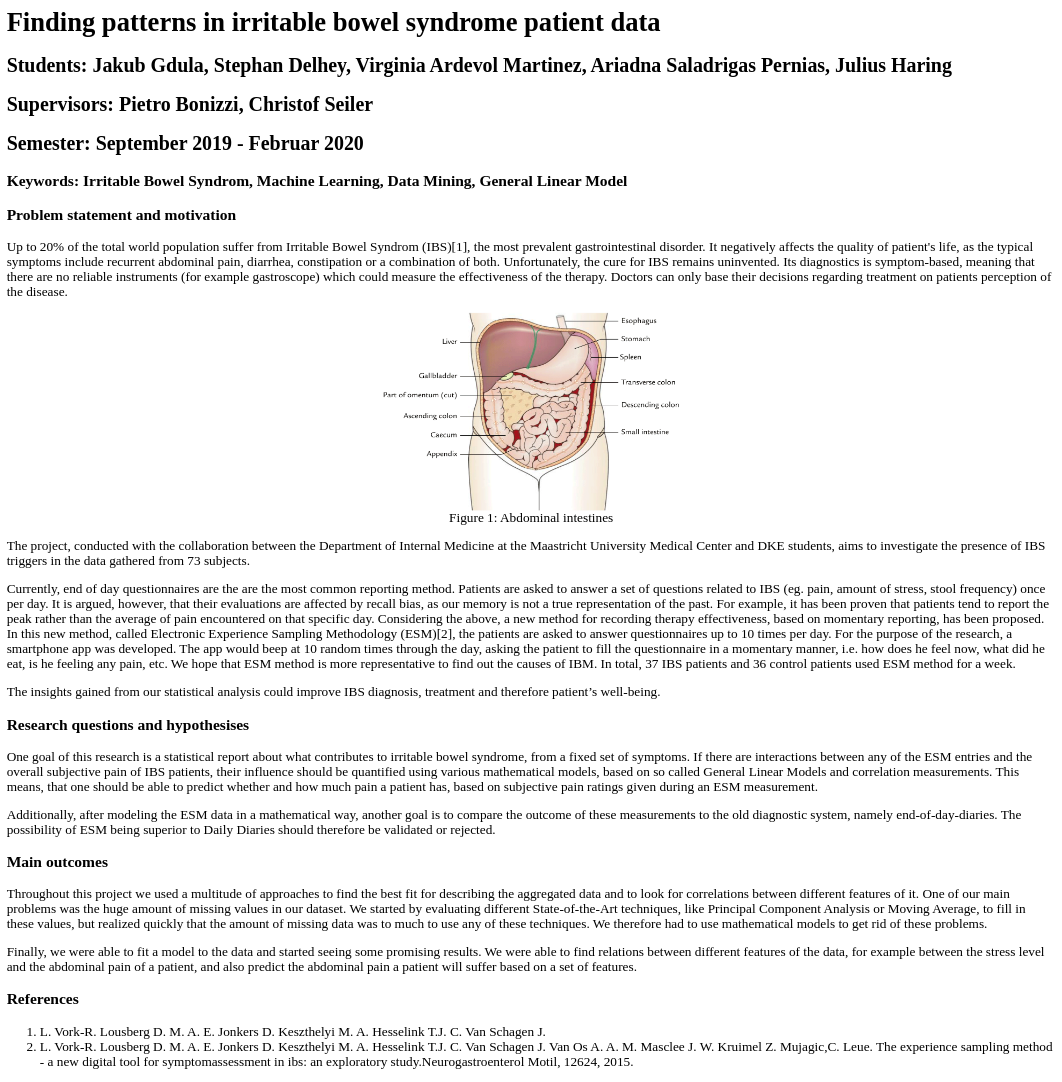
Repository: JuliusHaring/ESM
Page: laymen.html
An editor plug-in stored every save of this project. The page is shown before and after the next save, followed by the edit.
The browser window is 1280 px wide. The pictures show the whole page, at 83% of full size.

Above is the page before, as saved 2019-11-25 15:01:12.

### laymen.html
<HTML>
    <BODY>
        <h1>Finding patterns in irritable bowel syndrome patient data</h1>
        <h2>Students: Jakub Gdula, Stephan Delhey, Virginia Ardevol Martinez, Ariadna Saladrigas Pernias, Julius Haring</h2>
        <h2>Supervisors: Pietro Bonizzi, Christof Seiler </h2>
        <h2>Semester: September 2019 - Februar 2020</h2>
        <h3>Keywords: Irritable Bowel Syndrom, Machine Learning, Data Mining, General Linear Model</h3>

        <h3>Problem statement and motivation</h3>
        <p>Up to 20% of the total world population suffer from Irritable Bowel Syndrom (IBS)[1], the most prevalent gastrointestinal disorder. It negatively affects the quality of patient's life, as the typical symptoms include recurrent abdominal pain, diarrhea, constipation or a combination of both. Unfortunately, the cure for IBS remains uninvented. Its diagnostics is symptom-based, meaning that there are no reliable instruments (for example gastroscope) which could measure the effectiveness of the therapy. Doctors can only base their decisions regarding treatment on patients perception of the disease.</p>

        <figure style="text-align: center;">
            <img width="30%" src="abdominal-cavity.png" alt="">
            <figcaption>
                Figure 1:  Abdominal intestines
            </figcaption>
        </figure>

        <p>The project, conducted with the collaboration between the Department of Internal Medicine at the Maastricht University Medical Center and DKE students, aims to investigate the presence of IBS triggers in the data gathered from 73 subjects.</p>
        <p>Currently, end of day questionnaires are the are the most common reporting method. Patients are asked to answer a set of questions related to IBS (eg. pain, amount of stress, stool frequency) once per day. It is argued, however, that their evaluations are affected by recall bias, as our memory is not a true representation of the past. For example, it has been proven that patients tend to report the peak rather than the average of pain encountered on that specific day. Considering the above, a new method for recording therapy effectiveness, based on momentary reporting, has been proposed. In this new method, called Electronic Experience Sampling Methodology (ESM)[2], the patients are asked to answer questionnaires up to 10 times per day. For the purpose of the research, a smartphone app was developed. The app would beep at 10 random times through the day, asking the patient to fill the questionnaire in a momentary manner, i.e. how does he feel now, what did he eat, is he feeling any pain, etc. We hope that ESM method is more representative to find out the causes of IBM. In total, 37 IBS patients and 36 control patients used ESM method for a week.</p>
        <p>The insights gained from our statistical analysis could improve IBS diagnosis, treatment and therefore patient’s well-being.</p>

        <h3>Research questions and hypothesises</h3>
        <p>One goal of this research is a statistical report about what contributes to irritable bowel syndrome, from a fixed set of symptoms. If there are interactions between any of the ESM entries and the overall subjective pain of IBS patients, their influence should be quantified using various mathematical models, based on so called General Linear Models and correlation measurements. This means, that one should be able to predict whether and how much pain a patient has, based on subjective pain ratings given during an ESM measurement.</p>
        <p>Additionally, after modeling the ESM data in a mathematical way, another goal is to compare the outcome of these measurements to the old diagnostic system, namely end-of-day-diaries. The possibility of ESM being superior to Daily Diaries should therefore be validated or rejected.</p>

        <h3>Main outcomes</h3>
        <p>Throughout this project we used a multitude of approaches to find the best fit for describing the aggregated data and to look for correlations between different features of it. One of our main problems was the huge amount of missing values in our dataset. We started by evaluating different State-of-the-Art techniques, like Principal Component Analysis or Moving Average, to fill in these values, but realized quickly that the amount of missing data was to much to use any of these techniques. We therefore had to use mathematical models to get rid of these problems.</p>
        <p>Finally, we were able to fit a model to the data and started seeing some promising results. We were able to find relations between different features of the data, for example between the stress level and the abdominal pain of a patient, and also predict the abdominal pain a patient will suffer based on a set of features.</p>

        <h3>References</h3>
        <ol>
            <li> L. Vork-R. Lousberg D. M. A. E. Jonkers D. Keszthelyi M. A. Hesselink T.J.  C.  Van  Schagen  J. </li>
            <li>L. Vork-R. Lousberg D. M. A. E. Jonkers D. Keszthelyi M. A. Hesselink T.J.  C.  Van  Schagen  J.  Van  Os  A.  A.  M.  Masclee  J.  W.  Kruimel  Z.  Mujagic,C. Leue.  The experience sampling method - a new digital tool for symptomassessment in ibs: an exploratory study.Neurogastroenterol Motil, 12624, 2015.</li>
        </ol>

    </BODY>
</HTML>

After the next save:
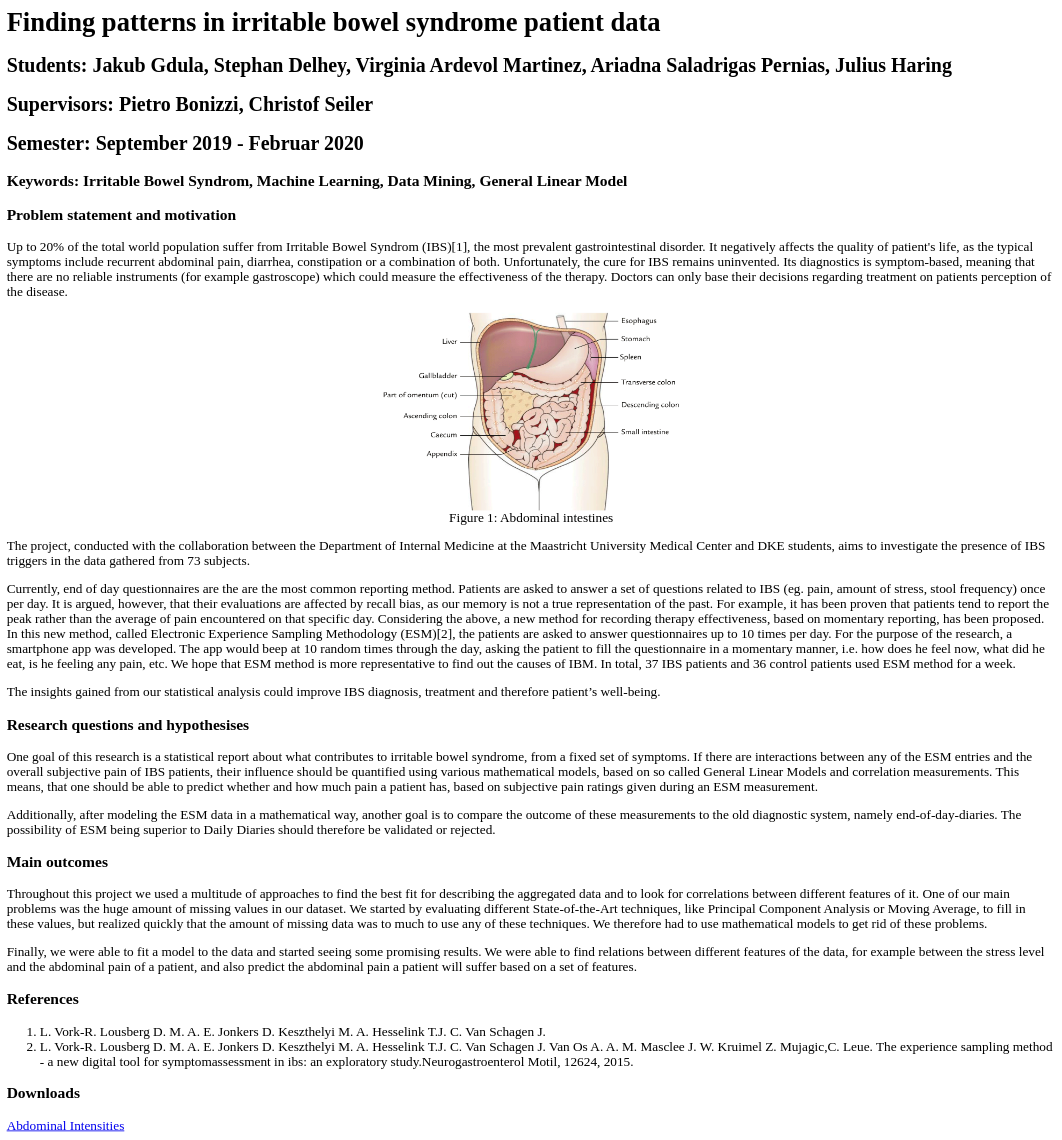
Saved 62 s later.
--- a/laymen.html
+++ b/laymen.html
@@ -34,5 +34,7 @@
             <li>L. Vork-R. Lousberg D. M. A. E. Jonkers D. Keszthelyi M. A. Hesselink T.J.  C.  Van  Schagen  J.  Van  Os  A.  A.  M.  Masclee  J.  W.  Kruimel  Z.  Mujagic,C. Leue.  The experience sampling method - a new digital tool for symptomassessment in ibs: an exploratory study.Neurogastroenterol Motil, 12624, 2015.</li>
         </ol>
 
+        <h3>Downloads</h3>
+        <a href="abdominal-cavity.png" target="_blank">Abdominal Intensities</a>
     </BODY>
 </HTML>
